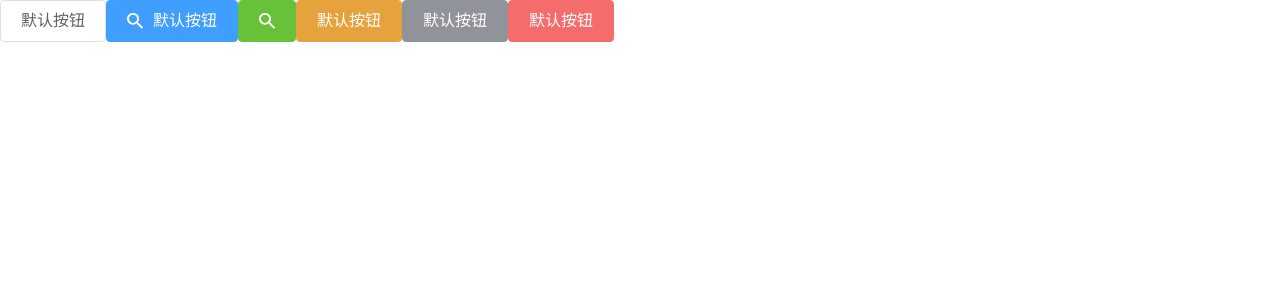
Repository: onlyadaydreamer/dreamer-ui
Page: /
An editor plug-in stored every save of this project. The page is shown before and after the next save, followed by the edit.
The browser window is 1280 px wide. The pictures show the whole page.
The project was rebuilt for these pictures with package versions that can differ from the ones it lists, and the page was loaded fresh each time. Also part of the build but not shown: src/styles/icon.js, src/packages/index.js.

Above is the page before, as saved 2020-05-13 15:36:34.

After the next save:
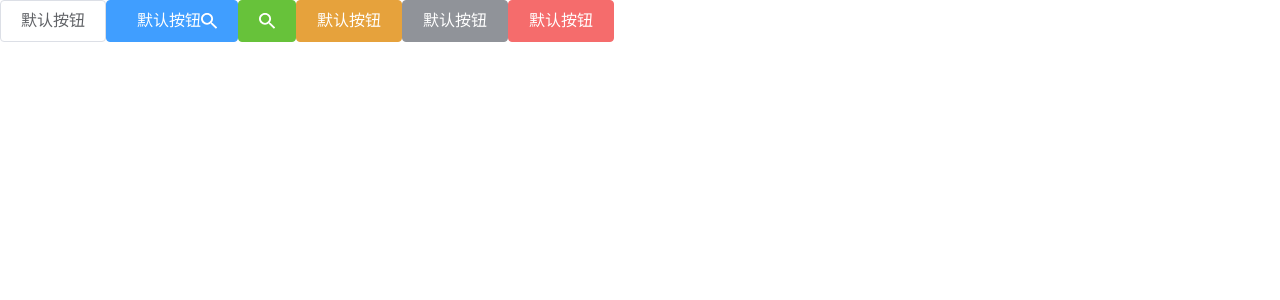
Saved 97 s later.
--- a/src/packages/button.vue
+++ b/src/packages/button.vue
@@ -147,5 +147,13 @@ $active-color: #3a8ee6;
     span + .icon {
         margin-left: 10px;
     }
+    &-left {
+        svg{order: 1};
+        span {order: 2};
+    }
+    &-right {
+        svg{order: 2};
+        span {order: 1};
+    }
 }
 </style>
